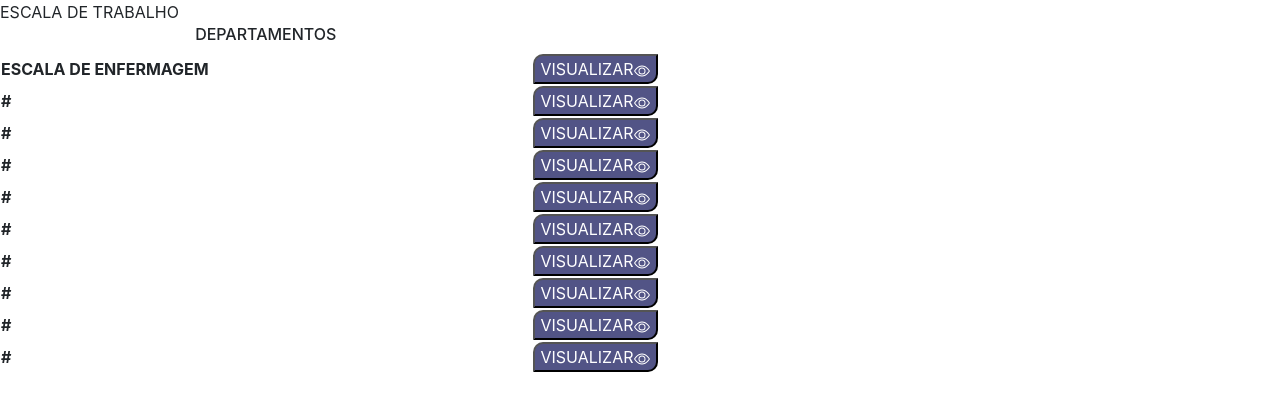
Repository: Leandromarim/INTRANET_PARTICULAR
Page: escala_trabalho.html
The author's editor kept a copy of each file at every save. The page is drawn from the files as they stood at one save, then again after the next save.
The browser window is 1280 px wide. The pictures show the whole page.

Above is the page before, as saved 2021-12-30 09:51:54.
Not found: ajax.js

### escala_trabalho.html
<!DOCTYPE html>
<html lang="pt-br">

<head>
    <meta charset="UTF-8" />
    <meta http-equiv="X-UA-Compatible" content="IE=edge" />
    <meta name="viewport" content="width=device-width, initial-scale=1.0" />
    <link rel="stylesheet" href="./assets/css/bootstrap-grid.css" />
    <link rel="stylesheet" href="./assets/css/bootstrap-grid.min.css" />
    <link rel="stylesheet" href="./assets/css/bootstrap.css" />
    <link rel="stylesheet" href="./assets/css/bootstrap.css" />
    <link rel="stylesheet" href="./assets/css/tables.css" />
    <link rel="stylesheet" href="./assets/css/body.css" />
    <link rel="stylesheet" href="https://stackpath.bootstrapcdn.com/bootstrap/4.1.3/css/bootstrap.min.css" integrity="sha384-MCw98/SFnGE8fJT3GXwEOngsV7Zt27NXFoaoApmYm81iuXoPkFOJwJ8ERdknLPMO" crossorigin="anonymous" />
    <link rel="icon" href="./image/ico/ico_ha.ico" />
    <title>Intranet 2.0</title>
</head>

<body>
    <header id="mainheader"></header>
    <main>
        <section class="container-titulo-tabela">
            <span class="titulo-docs">ESCALA DE TRABALHO</span>
        </section>
        <div class="table-centralizado">
            <table class="col-sm-6 col-lg-8">
                <thead>
                    <th class="titulo-setor" colspan="2">
                        <h6>DEPARTAMENTOS</h6>
                    </th>
                </thead>
                <tbody class="col-sm-6 col-lg-8">
                    <tr>
                        <th class="titulo">ESCALA DE ENFERMAGEM</th>
                        <td><a href="./doc/card/escala_trabalho/ESCALA_DE_ENFERMAGEM.pdf"><button type="button" class="btn-visualizar">VISUALIZAR<svg xmlns="http://www.w3.org/2000/svg" width="16" height="16" fill="currentColor" class="bi bi-eye" viewBox="0 0 16 16">
                    <path d="M16 8s-3-5.5-8-5.5S0 8 0 8s3 5.5 8 5.5S16 8 16 8zM1.173 8a13.133 13.133 0 0 1 1.66-2.043C4.12 4.668 5.88 3.5 8 3.5c2.12 0 3.879 1.168 5.168 2.457A13.133 13.133 0 0 1 14.828 8c-.058.087-.122.183-.195.288-.335.48-.83 1.12-1.465 1.755C11.879 11.332 10.119 12.5 8 12.5c-2.12 0-3.879-1.168-5.168-2.457A13.134 13.134 0 0 1 1.172 8z"/>
                    <path d="M8 5.5a2.5 2.5 0 1 0 0 5 2.5 2.5 0 0 0 0-5zM4.5 8a3.5 3.5 0 1 1 7 0 3.5 3.5 0 0 1-7 0z"/>
                  </svg></button></a></td>
                    </tr>
                    <tr>
                        <th class="titulo">#</th>
                        <td><a href="./doc/setores/.pdf"><button type="button" class="btn-visualizar">VISUALIZAR<svg xmlns="http://www.w3.org/2000/svg" width="16" height="16" fill="currentColor" class="bi bi-eye" viewBox="0 0 16 16">
                    <path d="M16 8s-3-5.5-8-5.5S0 8 0 8s3 5.5 8 5.5S16 8 16 8zM1.173 8a13.133 13.133 0 0 1 1.66-2.043C4.12 4.668 5.88 3.5 8 3.5c2.12 0 3.879 1.168 5.168 2.457A13.133 13.133 0 0 1 14.828 8c-.058.087-.122.183-.195.288-.335.48-.83 1.12-1.465 1.755C11.879 11.332 10.119 12.5 8 12.5c-2.12 0-3.879-1.168-5.168-2.457A13.134 13.134 0 0 1 1.172 8z"/>
                    <path d="M8 5.5a2.5 2.5 0 1 0 0 5 2.5 2.5 0 0 0 0-5zM4.5 8a3.5 3.5 0 1 1 7 0 3.5 3.5 0 0 1-7 0z"/>
                  </svg></button></a></td>
                    </tr>
                    <tr>
                        <th class="titulo">#</th>
                        <td><a href="./doc/setores/.pdf"><button type="button" class="btn-visualizar">VISUALIZAR<svg xmlns="http://www.w3.org/2000/svg" width="16" height="16" fill="currentColor" class="bi bi-eye" viewBox="0 0 16 16">
                    <path d="M16 8s-3-5.5-8-5.5S0 8 0 8s3 5.5 8 5.5S16 8 16 8zM1.173 8a13.133 13.133 0 0 1 1.66-2.043C4.12 4.668 5.88 3.5 8 3.5c2.12 0 3.879 1.168 5.168 2.457A13.133 13.133 0 0 1 14.828 8c-.058.087-.122.183-.195.288-.335.48-.83 1.12-1.465 1.755C11.879 11.332 10.119 12.5 8 12.5c-2.12 0-3.879-1.168-5.168-2.457A13.134 13.134 0 0 1 1.172 8z"/>
                    <path d="M8 5.5a2.5 2.5 0 1 0 0 5 2.5 2.5 0 0 0 0-5zM4.5 8a3.5 3.5 0 1 1 7 0 3.5 3.5 0 0 1-7 0z"/>
                  </svg></button></a></td>
                    </tr>
                    <tr>
                        <th class="titulo">#</th>
                        <td><a href="./doc/setores/.pdf"><button type="button" class="btn-visualizar">VISUALIZAR<svg xmlns="http://www.w3.org/2000/svg" width="16" height="16" fill="currentColor" class="bi bi-eye" viewBox="0 0 16 16">
                    <path d="M16 8s-3-5.5-8-5.5S0 8 0 8s3 5.5 8 5.5S16 8 16 8zM1.173 8a13.133 13.133 0 0 1 1.66-2.043C4.12 4.668 5.88 3.5 8 3.5c2.12 0 3.879 1.168 5.168 2.457A13.133 13.133 0 0 1 14.828 8c-.058.087-.122.183-.195.288-.335.48-.83 1.12-1.465 1.755C11.879 11.332 10.119 12.5 8 12.5c-2.12 0-3.879-1.168-5.168-2.457A13.134 13.134 0 0 1 1.172 8z"/>
                    <path d="M8 5.5a2.5 2.5 0 1 0 0 5 2.5 2.5 0 0 0 0-5zM4.5 8a3.5 3.5 0 1 1 7 0 3.5 3.5 0 0 1-7 0z"/>
                  </svg></button></a></td>
                    </tr>
                    <tr>
                        <th class="titulo">#</th>
                        <td><a href="./doc/setores/.pdf"><button type="button" class="btn-visualizar">VISUALIZAR<svg xmlns="http://www.w3.org/2000/svg" width="16" height="16" fill="currentColor" class="bi bi-eye" viewBox="0 0 16 16">
                    <path d="M16 8s-3-5.5-8-5.5S0 8 0 8s3 5.5 8 5.5S16 8 16 8zM1.173 8a13.133 13.133 0 0 1 1.66-2.043C4.12 4.668 5.88 3.5 8 3.5c2.12 0 3.879 1.168 5.168 2.457A13.133 13.133 0 0 1 14.828 8c-.058.087-.122.183-.195.288-.335.48-.83 1.12-1.465 1.755C11.879 11.332 10.119 12.5 8 12.5c-2.12 0-3.879-1.168-5.168-2.457A13.134 13.134 0 0 1 1.172 8z"/>
                    <path d="M8 5.5a2.5 2.5 0 1 0 0 5 2.5 2.5 0 0 0 0-5zM4.5 8a3.5 3.5 0 1 1 7 0 3.5 3.5 0 0 1-7 0z"/>
                  </svg></button></a></td>
                    </tr>
                    <tr>
                        <th class="titulo">#</th>
                        <td><a href="./doc/setores/.pdf"><button type="button" class="btn-visualizar">VISUALIZAR<svg xmlns="http://www.w3.org/2000/svg" width="16" height="16" fill="currentColor" class="bi bi-eye" viewBox="0 0 16 16">
                    <path d="M16 8s-3-5.5-8-5.5S0 8 0 8s3 5.5 8 5.5S16 8 16 8zM1.173 8a13.133 13.133 0 0 1 1.66-2.043C4.12 4.668 5.88 3.5 8 3.5c2.12 0 3.879 1.168 5.168 2.457A13.133 13.133 0 0 1 14.828 8c-.058.087-.122.183-.195.288-.335.48-.83 1.12-1.465 1.755C11.879 11.332 10.119 12.5 8 12.5c-2.12 0-3.879-1.168-5.168-2.457A13.134 13.134 0 0 1 1.172 8z"/>
                    <path d="M8 5.5a2.5 2.5 0 1 0 0 5 2.5 2.5 0 0 0 0-5zM4.5 8a3.5 3.5 0 1 1 7 0 3.5 3.5 0 0 1-7 0z"/>
                  </svg></button></a></td>
                    </tr>
                    <tr>
                        <th class="titulo">#</th>
                        <td><a href="./doc/setores/.pdf"><button type="button" class="btn-visualizar">VISUALIZAR<svg xmlns="http://www.w3.org/2000/svg" width="16" height="16" fill="currentColor" class="bi bi-eye" viewBox="0 0 16 16">
                    <path d="M16 8s-3-5.5-8-5.5S0 8 0 8s3 5.5 8 5.5S16 8 16 8zM1.173 8a13.133 13.133 0 0 1 1.66-2.043C4.12 4.668 5.88 3.5 8 3.5c2.12 0 3.879 1.168 5.168 2.457A13.133 13.133 0 0 1 14.828 8c-.058.087-.122.183-.195.288-.335.48-.83 1.12-1.465 1.755C11.879 11.332 10.119 12.5 8 12.5c-2.12 0-3.879-1.168-5.168-2.457A13.134 13.134 0 0 1 1.172 8z"/>
                    <path d="M8 5.5a2.5 2.5 0 1 0 0 5 2.5 2.5 0 0 0 0-5zM4.5 8a3.5 3.5 0 1 1 7 0 3.5 3.5 0 0 1-7 0z"/>
                  </svg></button></a></td>
                    </tr>
                    <tr>
                        <th class="titulo">#</th>
                        <td><a href="./doc/setores/.pdf"><button type="button" class="btn-visualizar">VISUALIZAR<svg xmlns="http://www.w3.org/2000/svg" width="16" height="16" fill="currentColor" class="bi bi-eye" viewBox="0 0 16 16">
                    <path d="M16 8s-3-5.5-8-5.5S0 8 0 8s3 5.5 8 5.5S16 8 16 8zM1.173 8a13.133 13.133 0 0 1 1.66-2.043C4.12 4.668 5.88 3.5 8 3.5c2.12 0 3.879 1.168 5.168 2.457A13.133 13.133 0 0 1 14.828 8c-.058.087-.122.183-.195.288-.335.48-.83 1.12-1.465 1.755C11.879 11.332 10.119 12.5 8 12.5c-2.12 0-3.879-1.168-5.168-2.457A13.134 13.134 0 0 1 1.172 8z"/>
                    <path d="M8 5.5a2.5 2.5 0 1 0 0 5 2.5 2.5 0 0 0 0-5zM4.5 8a3.5 3.5 0 1 1 7 0 3.5 3.5 0 0 1-7 0z"/>
                  </svg></button></a></td>
                    </tr>
                    <tr>
                        <th class="titulo">#</th>
                        <td><a href="./doc/setores/.pdf"><button type="button" class="btn-visualizar">VISUALIZAR<svg xmlns="http://www.w3.org/2000/svg" width="16" height="16" fill="currentColor" class="bi bi-eye" viewBox="0 0 16 16">
                    <path d="M16 8s-3-5.5-8-5.5S0 8 0 8s3 5.5 8 5.5S16 8 16 8zM1.173 8a13.133 13.133 0 0 1 1.66-2.043C4.12 4.668 5.88 3.5 8 3.5c2.12 0 3.879 1.168 5.168 2.457A13.133 13.133 0 0 1 14.828 8c-.058.087-.122.183-.195.288-.335.48-.83 1.12-1.465 1.755C11.879 11.332 10.119 12.5 8 12.5c-2.12 0-3.879-1.168-5.168-2.457A13.134 13.134 0 0 1 1.172 8z"/>
                    <path d="M8 5.5a2.5 2.5 0 1 0 0 5 2.5 2.5 0 0 0 0-5zM4.5 8a3.5 3.5 0 1 1 7 0 3.5 3.5 0 0 1-7 0z"/>
                  </svg></button></a></td>
                    </tr>
                    <tr>
                        <th class="titulo">#</th>
                        <td><a href="./doc/setores/.pdf"><button type="button" class="btn-visualizar">VISUALIZAR<svg xmlns="http://www.w3.org/2000/svg" width="16" height="16" fill="currentColor" class="bi bi-eye" viewBox="0 0 16 16">
                    <path d="M16 8s-3-5.5-8-5.5S0 8 0 8s3 5.5 8 5.5S16 8 16 8zM1.173 8a13.133 13.133 0 0 1 1.66-2.043C4.12 4.668 5.88 3.5 8 3.5c2.12 0 3.879 1.168 5.168 2.457A13.133 13.133 0 0 1 14.828 8c-.058.087-.122.183-.195.288-.335.48-.83 1.12-1.465 1.755C11.879 11.332 10.119 12.5 8 12.5c-2.12 0-3.879-1.168-5.168-2.457A13.134 13.134 0 0 1 1.172 8z"/>
                    <path d="M8 5.5a2.5 2.5 0 1 0 0 5 2.5 2.5 0 0 0 0-5zM4.5 8a3.5 3.5 0 1 1 7 0 3.5 3.5 0 0 1-7 0z"/>
                  </svg></button></a></td>
                    </tr>
                </tbody>
            </table>
        </div>
    </main>
    <footer id="mainfooter"></footer>
</body>
<script src="assets/js/bootstrap.js"></script>
<script src="ajax.js"></script>

</html>

### assets/css/tables.css
section.table-centralizado, thead{
    position: relative;
    display: flex;
    align-items: center;
    align-content: center;
    justify-content: center;
    justify-items: center;
}

.tabela {
    position: relative;
    display: flex;
    align-items: center;
    align-content: center;
    justify-items: center;
    justify-content: center;
}

thead h2.titulo-tabela {
    position: relative;
    display: flex;
    justify-content: center;
    justify-items: center;
    align-items: center;
    align-content: center;
}


main table.table {
    background-color: #fff;
}

th.celula,
td.coluna {
    color: #525486;
    text-transform: uppercase;
}

th {
    border-radius: 20px;
}

td .btn-visualizar {
    background-color: #525486;
    color: #fff;
    border-radius: 10px 0 10px 0;
}

td .btn-visualizar:hover {
    background-color: #fff;
    color: #525486;
}

### assets/css/body.css
.container-card {
    display: flex;
    position: relative;
    align-items: center;
    align-content: center;
    justify-content: center;
    justify-items: center;
}

.container-card img {
    border-radius: 20px 0 20px 0;
}

div.card {
    position: relative;
    display: flex;
    width: 20rem;
    margin: 5px;
    padding: 1px;
    background-color: #525486;
    border-radius: 20px 0 20px 0;
    top: 10px;
}

#card-text {
    display: flex;
    position: relative;
    color: white;
    align-content: center;
    align-items: center;
    justify-content: center;
    justify-items: center;
}

.titulo-docs h2 {
    position: relative;
    display: flex;
    justify-content: center;
    color: #525486;
}

Loaded but not shown: assets/css/bootstrap-grid.css (library); assets/css/bootstrap-grid.min.css (library); assets/css/bootstrap.css (library); assets/js/bootstrap.js (library)

After the next save:
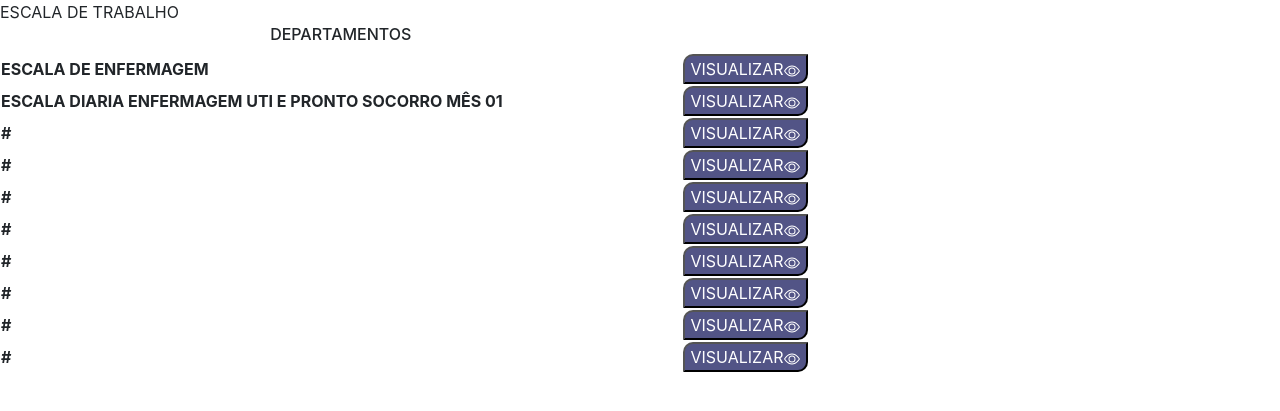
Saved 4 min 1 s later.
--- a/escala_trabalho.html
+++ b/escala_trabalho.html
@@ -38,7 +38,7 @@
                   </svg></button></a></td>
                     </tr>
                     <tr>
-                        <th class="titulo">#</th>
+                        <th class="titulo">ESCALA DIARIA ENFERMAGEM UTI E PRONTO SOCORRO MÊS 01</th>
                         <td><a href="./doc/setores/.pdf"><button type="button" class="btn-visualizar">VISUALIZAR<svg xmlns="http://www.w3.org/2000/svg" width="16" height="16" fill="currentColor" class="bi bi-eye" viewBox="0 0 16 16">
                     <path d="M16 8s-3-5.5-8-5.5S0 8 0 8s3 5.5 8 5.5S16 8 16 8zM1.173 8a13.133 13.133 0 0 1 1.66-2.043C4.12 4.668 5.88 3.5 8 3.5c2.12 0 3.879 1.168 5.168 2.457A13.133 13.133 0 0 1 14.828 8c-.058.087-.122.183-.195.288-.335.48-.83 1.12-1.465 1.755C11.879 11.332 10.119 12.5 8 12.5c-2.12 0-3.879-1.168-5.168-2.457A13.134 13.134 0 0 1 1.172 8z"/>
                     <path d="M8 5.5a2.5 2.5 0 1 0 0 5 2.5 2.5 0 0 0 0-5zM4.5 8a3.5 3.5 0 1 1 7 0 3.5 3.5 0 0 1-7 0z"/>
